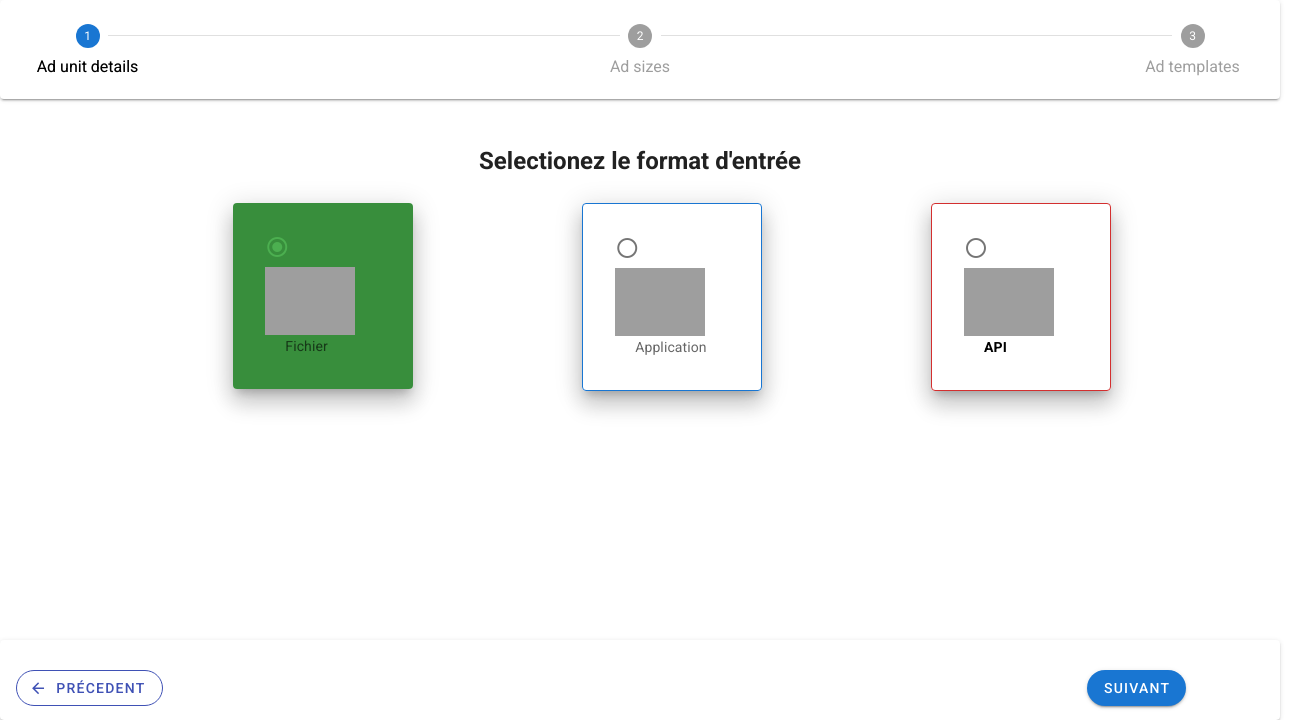
Repository: SidneyHodieb/myc
Page: /addsource/format
The author's editor kept a copy of each file at every save. The page is drawn from the files as they stood at one save, then again after the next save.
The browser window is 1280 px wide. The page is 1292 px wide, so the pictures cover 1292 px, including what lies to the right of the window. The pictures show the whole page.
Pictures or frames that could not be fetched are drawn as grey boxes. The project was rebuilt for these pictures with package versions that can differ from the ones it lists, and the page was loaded fresh each time. Also part of the build but not shown: vue.config.js, src/views/Home.vue, src/views/addSource/components/card.vue, src/views/addSource/components/trigger.vue.

Above is the page before, as saved 2021-04-05 08:07:01.

### src/App.vue
<template>
  <v-app>
    <v-main>
      <router-view></router-view>
    </v-main>
  </v-app>
</template>

<script>

export default {
  name: 'App',
  data: () => ({
    //
  }),
};
</script>

### src/router/index.js
import Vue from 'vue'
import VueRouter from 'vue-router'
import Home from '../views/Home.vue'
import addSource from '../views/addSource/column'
import format from '../views/addSource/components/format'
import card from '../views/addSource/components/card'
import trigger from '../views/addSource/components/trigger'

Vue.use(VueRouter)

const routes = [
  {
    path: '/',
    name: 'Home',
    component: Home
  },
  {
    path: '/addsource',
    name: 'addSource',
    component: addSource,
    children: [
      {
        path: 'format',
        component: format
      },
      {
        path: 'card',
        component: card
      },
      {
        path: 'trigger',
        component: trigger
      }
    ]
  },
  {
    path: '/about',
    name: 'About',
    // route level code-splitting
    // this generates a separate chunk (about.[hash].js) for this route
    // which is lazy-loaded when the route is visited.
    component: function () {
      return import(/* webpackChunkName: "about" */ '../views/About.vue')
    }
  }
]

const router = new VueRouter({
  mode: 'history',
  base: process.env.BASE_URL,
  routes
})

export default router

### src/views/addSource/column.vue
<template>
  <div>
    <!-- Header -->
      <v-stepper alt-labels>
          <v-stepper-header>
            <v-stepper-step step="1">
              Ad unit details
            </v-stepper-step>

            <v-divider></v-divider>

            <v-stepper-step step="2">
              Ad sizes
            </v-stepper-step>

            <v-divider></v-divider>

            <v-stepper-step step="3">
              Ad templates
            </v-stepper-step>
          </v-stepper-header>
        </v-stepper>

        <!-- Content -->
        <router-view></router-view>
        <!--Footer  -->

<v-card class="card-bottom">

    <v-row>
       <v-col>
       <v-btn
       class="ml-4"
      rounded
      outlined
      color="indigo"
    >
     <v-icon left>
        mdi-arrow-left
      </v-icon>
      Précedent
    </v-btn>
       </v-col>

  <v-col offset-md="8" offset-sm="8">
      <v-btn
      rounded
      color="primary"
      dark
    >
      Suivant
    </v-btn>
      </v-col>
      </v-row>
    </v-card>

  </div>
</template>

<script>
export default {

}
</script>

<style lang="scss" scoped>

.card-bottom{
  position: absolute;bottom: 0;width:100%; height: 50px; padding-bottom:50px; padding-top:30px
}

</style>

### src/views/addSource/components/format.vue
<template>
  <v-container fluid grid-list-md>
    <v-radio-group v-model="sourceFormat" row>
      <v-col md="12" sm="12" class="text-center">
        <h2>Selectionez le format d'entrée</h2>
      </v-col>
      <v-col offset-md="2">
        <v-card elevation="14" width="180">
          <v-alert :outlined="file ? true : null" color="green darken-2">
            {{file}}
          <v-card-text>
            <v-radio
                color="green"
                value="file"
                class="mb-2"
              ></v-radio>
            <div>
          <v-img
           width="90"
            src="https://www.flaticon.com/svg/vstatic/svg/786/786788.svg?token=exp=1617473650~hmac=f02174a0ee444bdd71a855da4ad95c3d"
        ></v-img>
        <span class="textCard text--secondary">Fichier</span>
        </div>
         </v-card-text>
          </v-alert>
        </v-card>
      </v-col>
      <v-col>
        <v-card elevation="14" width="180">
          <v-alert outlined color="blue darken-2">
          <v-card-text>
            <v-radio
                color="blue"
                value="app"
                class="mb-2"
              ></v-radio>
          <v-img
           width="90"
            src="https://www.flaticon.com/svg/vstatic/svg/2306/2306016.svg?token=exp=1617475854~hmac=35e4e709fb9fa1338bb7b9cd5032613a"
        ></v-img>
         <span class="textCard text--secondary">Application</span>
         </v-card-text>
          </v-alert>
        </v-card>
      </v-col>
      <v-col>
        <v-card elevation="14" width="180">
          <v-alert outlined color="red darken-2">
           <v-card-text>
             <v-radio
                color="red"
                value="api"
                class="mb-2"
              ></v-radio>
          <v-img
           width="90"
            src="https://www.flaticon.com/svg/vstatic/svg/994/994152.svg?token=exp=1617476036~hmac=b132b4a2ee4139281536cfde68b7345e"
        ></v-img>
         <span class="textCard font-weight-bold">API</span>
         </v-card-text>
          </v-alert>
        </v-card>
      </v-col>
    </v-radio-group>
  </v-container>
</template>

<script>
export default {
  data () {
      return {
        checkbox: true,
        sourceFormat:'file',
        file:null,
        app:null,
        api:null,
      }
    },

  watch :{
    file(){
      if (this.sourceFormat == 'file') {
        this.file = true
      } else {

      }
    },
    app(){
      if (this.sourceFormat == 'app') {
        this.app = true
      } else {

      }
    },
    api(){
      if (this.sourceFormat == 'api') {
        this.api = true
      } else {

      }
    }
  }
}
</script>

<style lang="scss" scoped>

.checkbox-round {
    width: 1.3em;
    height: 1.3em;
    background-color: white;
    border-radius: 50%;
    vertical-align: middle;
    border: 1px solid #ddd;
    -webkit-appearance: none;
    outline: none;
    cursor: pointer;
};

.textCard{
    color:black;
    margin-left:20px;
    margin-top:10px
}

</style>

Loaded but not shown: public/index.html (common file); src/main.js (common file); src/store/index.js (common file); src/plugins/vuetify.js (common file)

After the next save:
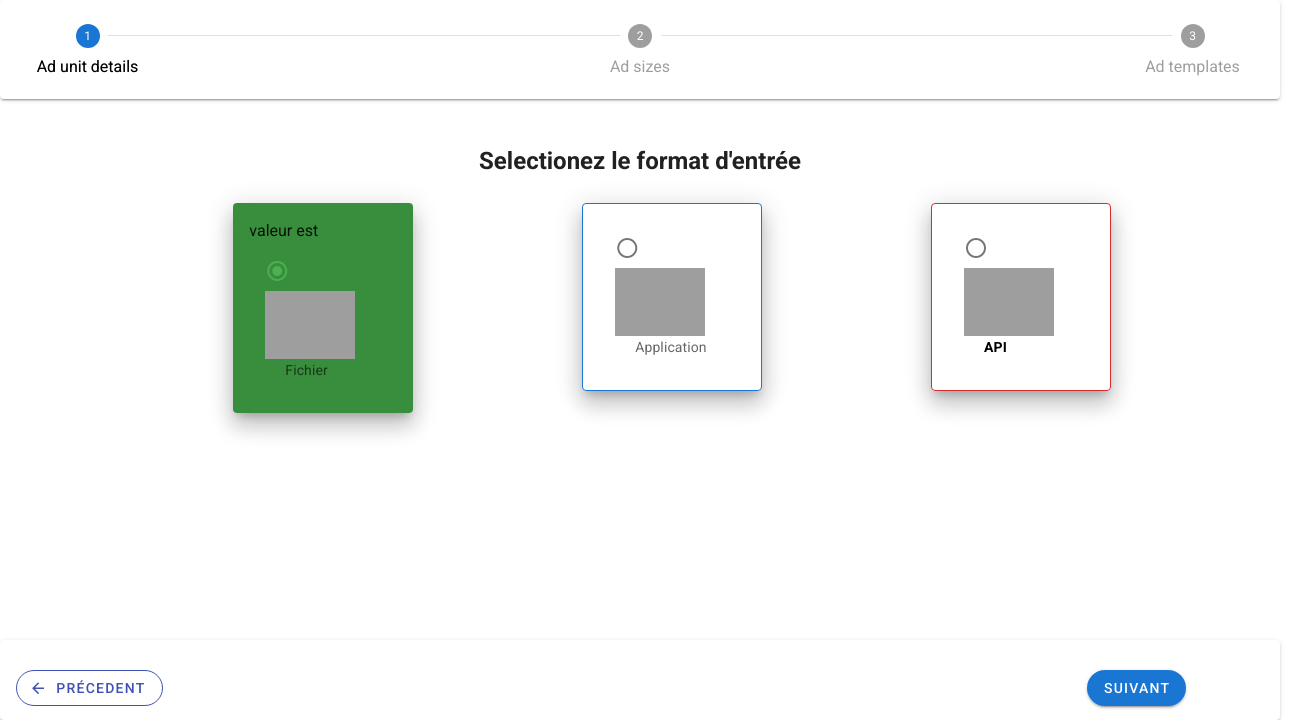
Saved 12 s later.
--- a/src/views/addSource/components/format.vue
+++ b/src/views/addSource/components/format.vue
@@ -7,7 +7,7 @@
       <v-col offset-md="2">
         <v-card elevation="14" width="180">
           <v-alert :outlined="file ? true : null" color="green darken-2">
-            {{file}}
+           valeur est {{file}}
           <v-card-text>
             <v-radio
                 color="green"
